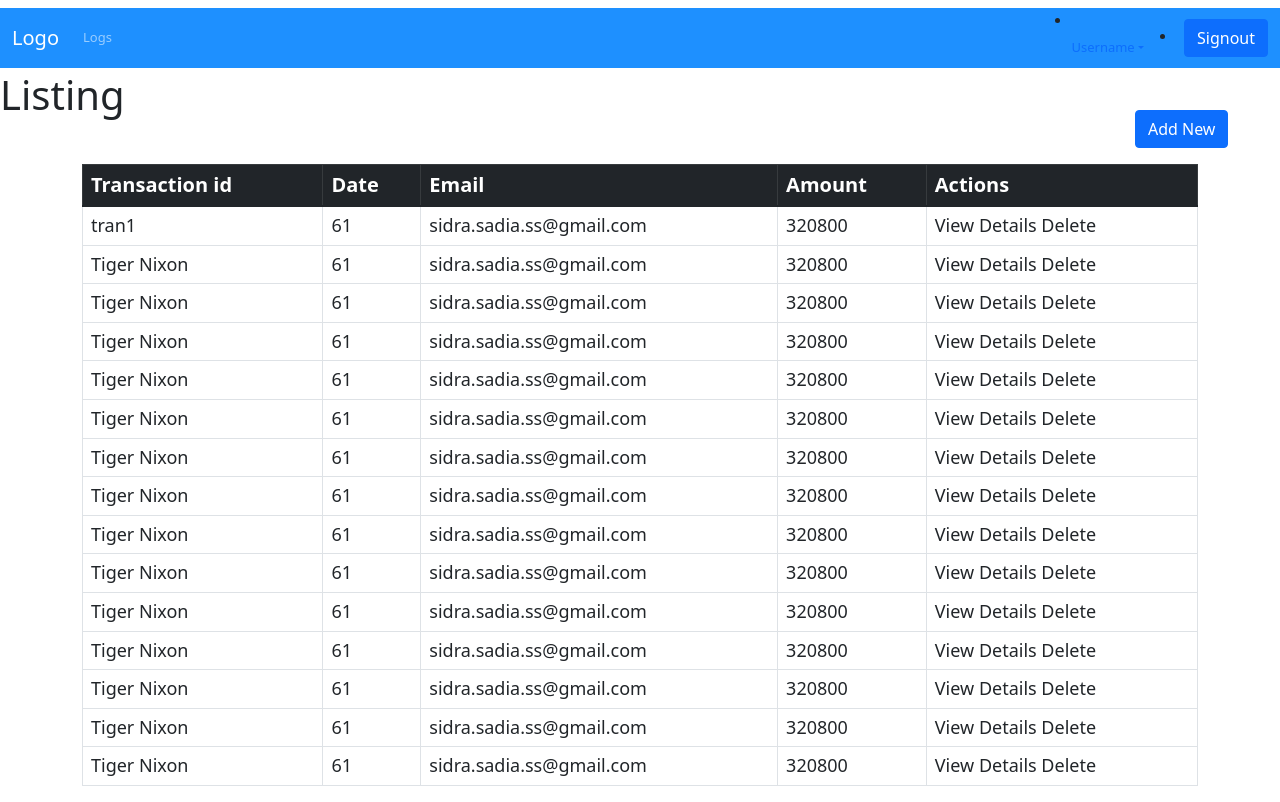
Repository: Sadia-Naveed-Shaikh/JavaScript-Website
Page: src/Listing.html
An editor plug-in stored every save of this project. The page is shown before and after the next save, followed by the edit.
The browser window is 1280 px wide. The pictures show the whole page.
Some web libraries are served in a nearby version.

Above is the page before, as saved 2021-10-28 17:26:22.

### src/Listing.html
<!DOCTYPE html>

<html>

<head>
    <title>Listing</title>
    <meta charset="utf-8">
    <meta name="viewport" content="width=device-width, initial-scale=1">
    <link href="https://cdn.jsdelivr.net/npm/bootstrap@5.1.1/dist/css/bootstrap.min.css" rel="stylesheet">
    <script src="https://cdn.jsdelivr.net/npm/bootstrap@5.1.1/dist/js/bootstrap.bundle.min.js"></script>
    <script src="https://kit.fontawesome.com/2246d8fd03.js" crossorigin="anonymous"></script>
</head>

<style>
    body {
        font-size: small;
    }

    th{
        font-size: 20px;
    }
    tr,
    td {
        font-size: 18px;
    }

    .modal-body {
        font-size: 18px;
    }
</style>

<body>

    <nav class="navbar navbar-expand-sm  navbar-dark fixed-top" style="">
        <div class="container-fluid" style="background-color: dodgerblue; height:60px">
            <a class="navbar-brand" href="#">Logo</a>
            <button class="navbar-toggler" type="button" data-bs-toggle="collapse" data-bs-target="#collapsibleNavbar">
                <span class="navbar-toggler-icon"></span>
            </button>
            <div class="collapse navbar-collapse" id="collapsibleNavbar">
                <ul class="navbar-nav">
                    <li class="nav-item">
                        <a class="nav-link" href="#">Logs</a>
                    </li>


                </ul>

            </div>
            <!-- <form class="d-flex">
            <input class="form-control me-2" type="text" placeholder="Search">
            <button class="btn btn-primary" type="button">Search</button>
        </form> -->

            <!-- Button to Open the Modal -->
            <li class="nav-item dropdown">
                <a class="nav-link dropdown-toggle" href="#" role="button" data-bs-toggle="dropdown">Username</a>
                <ul class="dropdown-menu">
                    <li><a class="dropdown-item" href="Profile.html">View Profile</a></li>
                    <li><a class="dropdown-item" href="forgetPassword.html">Change Password</a></li>
                </ul>
            <li class="nav-item dropdown">
                <button type="button" class="btn btn-primary" style="margin-left: 5px">
                    Signout
                </button>
        </div>
    </nav>
    <div style="margin-top: 50px;">
        <h1>
            Listing
            <button type="button" class="btn btn-primary" data-bs-toggle="modal" data-bs-target="#myModal"
                style="margin-left: 1000px; margin-top: 60px;">
                Add New
            </button>

            <div class="modal fade" id="myModal">
                <div class="modal-dialog modal-dialog-centered  modal-dialog-scrollable">
                    <div class="modal-content">

                        <!-- Modal Header -->
                        <div class="modal-header">
                            <h4 class="modal-title">Add New Transaction</h4>
                            <button type="button" class="btn-close" data-bs-dismiss="modal"></button>
                        </div>

                        <!-- Modal body -->
                        <div class="modal-body">

                            <form action="/action_page.php" class="was-validated">
                                <div class="mb-3 mt-3">
                                    <label for="uname" class="form-label">ID:</label>
                                    <input type="text" class="form-control" id="uname" placeholder="Enter username"
                                        name="uname" required>
                                    <div class="valid-feedback">Valid.</div>
                                    <div class="invalid-feedback">Please fill out this field.</div>
                                </div>
                                <div class="mb-3">
                                    <label for="pwd" class="form-label">Transation Id:</label>
                                    <input type="password" class="form-control" id="pwd" placeholder="Enter password"
                                        name="pswd" required>
                                    <div class="valid-feedback">Valid.</div>
                                    <div class="invalid-feedback">Please fill out this field.</div>
                                </div>
                                <div class="mb-3">
                                    <label for="pwd" class="form-label">Name:</label>
                                    <input type="password" class="form-control" id="pwd" placeholder="Enter password"
                                        name="pswd" required>
                                    <div class="valid-feedback">Valid.</div>
                                    <div class="invalid-feedback">Please fill out this field.</div>
                                </div>
                                <div class="mb-3">
                                    <label for="pwd" class="form-label">Date:</label>
                                    <input type="password" class="form-control" id="pwd" placeholder="Enter password"
                                        name="pswd" required>
                                    <div class="valid-feedback">Valid.</div>
                                    <div class="invalid-feedback">Please fill out this field.</div>
                                </div>
                                <div class="mb-3">
                                    <label for="pwd" class="form-label">Amount:</label>
                                    <input type="password" class="form-control" id="pwd" placeholder="Enter password"
                                        name="pswd" required>
                                    <div class="valid-feedback">Valid.</div>
                                    <div class="invalid-feedback">Please fill out this field.</div>
                                </div>
                                <div class="mb-3">
                                    <label for="pwd" class="form-label">Currency:</label>
                                    <input type="password" class="form-control" id="pwd" placeholder="Enter password"
                                        name="pswd" required>
                                    <div class="valid-feedback">Valid.</div>
                                    <div class="invalid-feedback">Please fill out this field.</div>
                                </div>


                                <button type="submit" class="btn btn-primary">Submit</button>
                            </form>

                        </div>

                        <!-- Modal footer -->
                        <div class="modal-footer">
                            <button type="button" class="btn btn-danger" data-bs-dismiss="modal">Close</button>
                        </div>

                    </div>
                </div>
            </div>

            <div class="container mt-3">
                <table class="table table-bordered">
                    <thead class="table-dark">
                        <tr>
                            <th>Transaction id</th>
                            <th>Date</th>
                            <th>Email</th>
                            <th>Amount</th>
                            <th>Actions</th>
                        </tr>
                    </thead>
                    <tbody id='tableContents'>
                    </tbody>
                </table>
            </div>
    </div>
    <script>
        var record;
        var myObj;
        var xhr = new XMLHttpRequest();
        xhr.open("GET", "transaction.json", true);
        xhr.onload = function () {
            record = xhr.responseText;
            myObj = JSON.parse(record);
            var table = document.getElementById('tableContents');
             tableContents = '<tr><td>' + myObj[0].tran_id + '</td><td>' + myObj[0].date + '</td><td>' + myObj[0].email + '</td><td>' + myObj[0].amount + '</td><td>' +  "View Details  Delete" + '</td></tr>';
            for (let i = 1; i < myObj.length; i++) {
                tableContents += '<tr><td>' + myObj[i].tran_id + '</td><td>' + myObj[i].date + '</td><td>' + myObj[i].email + '</td><td>' + myObj[i].amount + '</td><td>' +"View Details Delete" + '</td></tr>';
            }
            table.innerHTML = tableContents;
        };
        xhr.send();

    </script>

    </div>
    </h1>
</body>


</html>

### src/transaction.json
[
    {
        "id": 1,
        "tran_id": "tran1",
        "name": "xyz",
        "email": "sidra.sadia.ss@gmail.com",
        "date": 61,
        "amount": "320800",
        "currency": "",
        "key8": "",
        "key9": "",
        "key10": "",
        "key11": "",
        "key12":"",
        "key13":"",
        "key14":"",
        "key15":""
    },
    {
        "id": 1,
        "tran_id": "Tiger Nixon",
        "name": 320800,
        "email": "sidra.sadia.ss@gmail.com",
        "date": 61,
        "amount": "320800",
        "currency": "",
        "key8": "",
        "key9": "",
        "key10": "",
        "key11": "",
        "key12": "",
        "key13": "",
        "key14": "",
        "key15": ""
    },
    {
        "id": 1,
        "tran_id": "Tiger Nixon",
        "name": 320800,
        "email": "sidra.sadia.ss@gmail.com",
        "date": 61,
        "amount": "320800",
        "currency": "",
        "key8": "",
        "key9": "",
        "key10": "",
        "key11": "",
        "key12": "",
        "key13": "",
        "key14": "",
        "key15": ""
    },
    {
        "id": 1,
        "tran_id": "Tiger Nixon",
        "name": 320800,
        "email": "sidra.sadia.ss@gmail.com",
        "date": 61,
        "amount": "320800",
        "currency": "",
        "key8": "",
        "key9": "",
        "key10": "",
        "key11": "",
        "key12": "",
        "key13": "",
        "key14": "",
        "key15": ""
    },
    {
        "id": 1,
        "tran_id": "Tiger Nixon",
        "name": 320800,
        "email": "sidra.sadia.ss@gmail.com",
        "date": 61,
        "amount": "320800",
        "currency": "",
        "key8": "",
        "key9": "",
        "key10": "",
        "key11": "",
        "key12": "",
        "key13": "",
        "key14": "",
        "key15": ""
    },
    {
        "id": 1,
        "tran_id": "Tiger Nixon",
        "name": 320800,
        "email": "sidra.sadia.ss@gmail.com",
        "date": 61,
        "amount": "320800",
        "currency": "",
        "key8": "",
        "key9": "",
        "key10": "",
        "key11": "",
        "key12": "",
        "key13": "",
        "key14": "",
        "key15": ""
    },
    {
        "id": 1,
        "tran_id": "Tiger Nixon",
        "name": 320800,
        "email": "sidra.sadia.ss@gmail.com",
        "date": 61,
        "amount": "320800",
        "currency": "",
        "key8": "",
        "key9": "",
        "key10": "",
        "key11": "",
        "key12": "",
        "key13": "",
        "key14": "",
        "key15": ""
    },
    {
        "id": 1,
        "tran_id": "Tiger Nixon",
        "name": 320800,
        "email": "sidra.sadia.ss@gmail.com",
        "date": 61,
        "amount": "320800",
        "currency": "",
        "key8": "",
        "key9": "",
        "key10": "",
        "key11": "",
        "key12": "",
        "key13": "",
        "key14": "",
        "key15": ""
    },
    {
        "id": 1,
        "tran_id": "Tiger Nixon",
        "name": 320800,
        "email": "sidra.sadia.ss@gmail.com",
        "date": 61,
        "amount": "320800",
        "currency": "",
        "key8": "",
        "key9": "",
        "key10": "",
        "key11": "",
        "key12": "",
        "key13": "",
        "key14": "",
        "key15": ""
    },
    {
        "id": 1,
        "tran_id": "Tiger Nixon",
        "name": 320800,
        "email": "sidra.sadia.ss@gmail.com",
        "date": 61,
        "amount": "320800",
        "currency": "",
        "key8": "",
        "key9": "",
        "key10": "",
        "key11": "",
        "key12": "",
        "key13": "",
        "key14": "",
        "key15": ""
    },
    {
        "id": 1,
        "tran_id": "Tiger Nixon",
        "name": 320800,
        "email": "sidra.sadia.ss@gmail.com",
        "date": 61,
        "amount": "320800",
        "currency": "",
        "key8": "",
        "key9": "",
        "key10": "",
        "key11": "",
        "key12": "",
        "key13": "",
        "key14": "",
        "key15": ""
    },
    {
        "id": 1,
        "tran_id": "Tiger Nixon",
        "name": 320800,
        "email": "sidra.sadia.ss@gmail.com",
        "date": 61,
        "amount": "320800",
        "currency": "",
        "key8": "",
        "key9": "",
        "key10": "",
        "key11": "",
        "key12": "",
        "key13": "",
        "key14": "",
        "key15": ""
    },
    {
        "id": 1,
        "tran_id": "Tiger Nixon",
        "name": 320800,
        "email": "sidra.sadia.ss@gmail.com",
        "date": 61,
        "amount": "320800",
        "currency": "",
        "key8": "",
        "key9": "",
        "key10": "",
        "key11": "",
        "key12": "",
        "key13": "",
        "key14": "",
        "key15": ""
    },
    {
        "id": 1,
        "tran_id": "Tiger Nixon",
        "name": 320800,
        "email": "sidra.sadia.ss@gmail.com",
        "date": 61,
        "amount": "320800",
        "currency": "",
        "key8": "",
        "key9": "",
        "key10": "",
        "key11": "",
        "key12": "",
        "key13": "",
        "key14": "",
        "key15": ""
    },
    {
        "id": 1,
        "tran_id": "Tiger Nixon",
        "name": 320800,
        "email": "sidra.sadia.ss@gmail.com",
        "date": 61,
        "amount": "320800",
        "currency": "",
        "key8": "",
        "key9": "",
        "key10": "",
        "key11": "",
        "key12": "",
        "key13": "",
        "key14": "",
        "key15": ""
    }

]

After the next save:
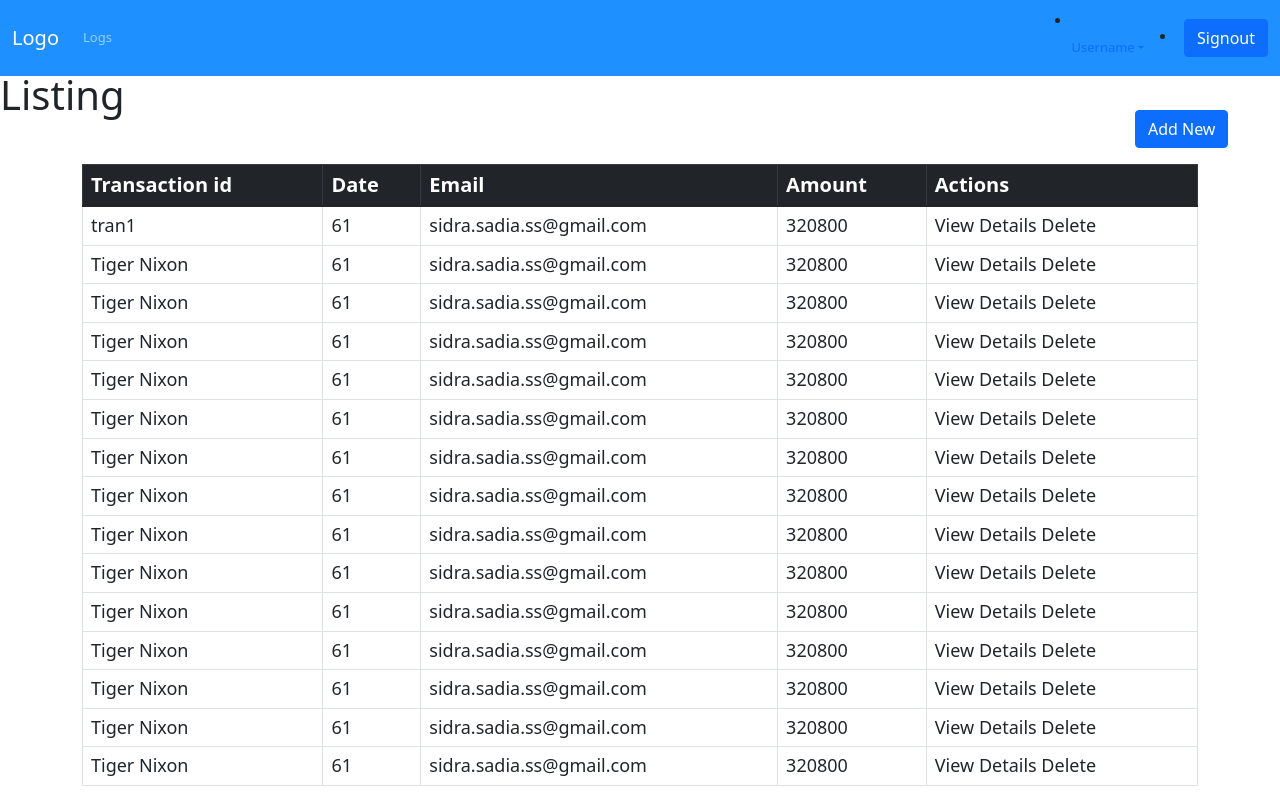
Saved 25 s later.
--- a/src/Listing.html
+++ b/src/Listing.html
@@ -31,7 +31,7 @@
 
 <body>
 
-    <nav class="navbar navbar-expand-sm  navbar-dark fixed-top" style="">
+    <nav class="navbar navbar-expand-sm  navbar-dark fixed-top" style="background-color: dodgerblue;">
         <div class="container-fluid" style="background-color: dodgerblue; height:60px">
             <a class="navbar-brand" href="#">Logo</a>
             <button class="navbar-toggler" type="button" data-bs-toggle="collapse" data-bs-target="#collapsibleNavbar">
